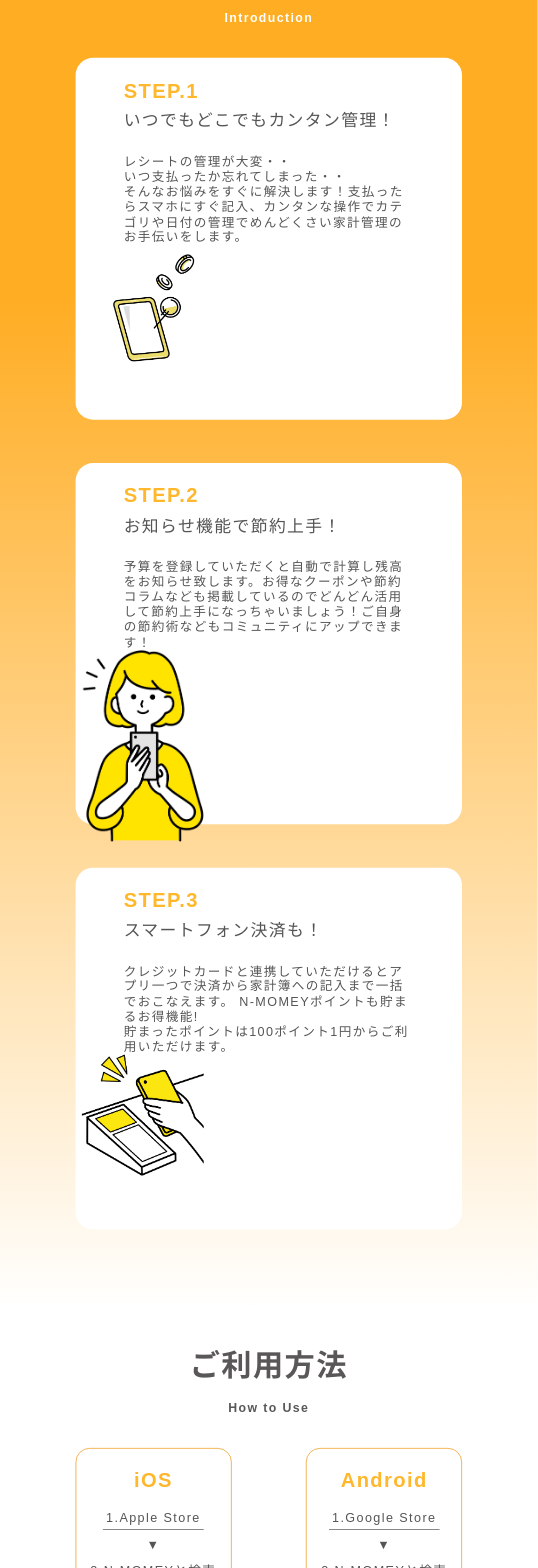
Repository: nozomi-23/lp2_test
Page: index.html
These files come from the project's save history. The page is drawn as it stood at one moment and after a run of saves; the edit follows.
The browser window is 768 px wide. The pictures show the part of the page from y = 911 to 3151 px (the page is 6253 px tall), at 70% of full size.
Some web fonts or font styles are not loaded; a fallback is used.

Above is the page before, as saved 2022-06-19 14:47:15.

After the next 3 saves:
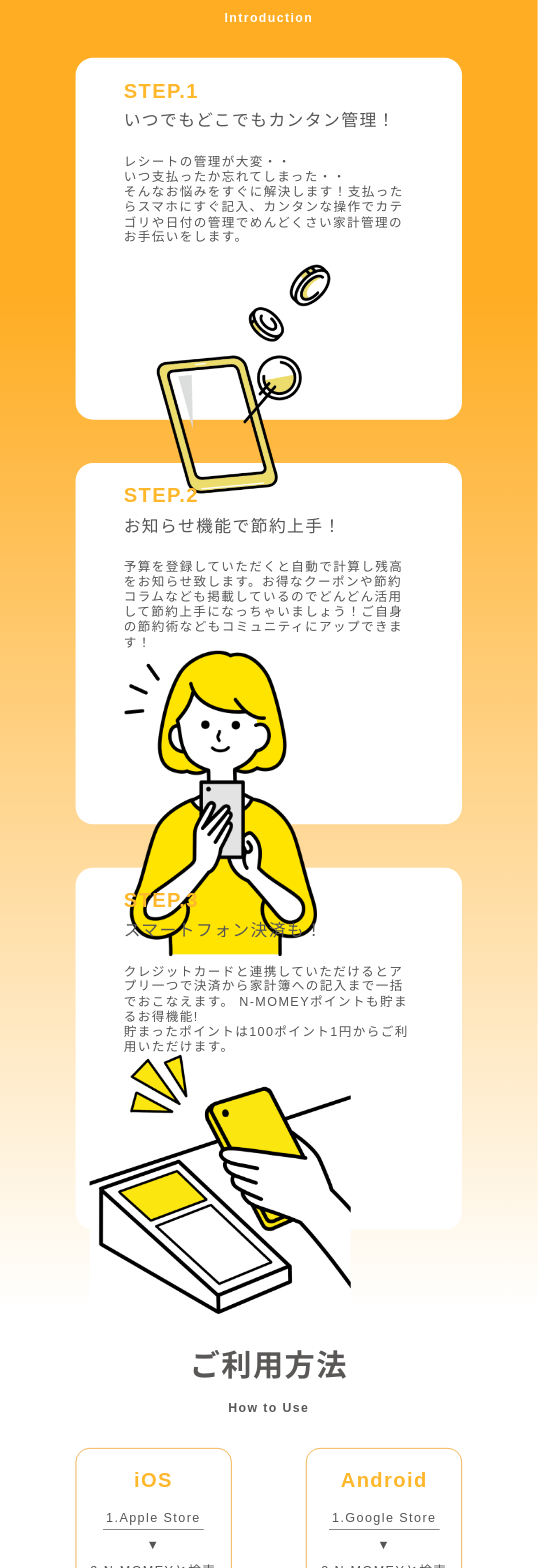
The 3 saves are shown as one change because they came seconds apart.
The last was saved 8 s later.
--- a/css/common.css
+++ b/css/common.css
@@ -394,5 +394,7 @@
   width: 75%;
   margin: 0 auto;
   }
-  .intro_wrapper_right
-}
+  .intro_wrapper_right {
+    width: 75%;
+  }
+}
